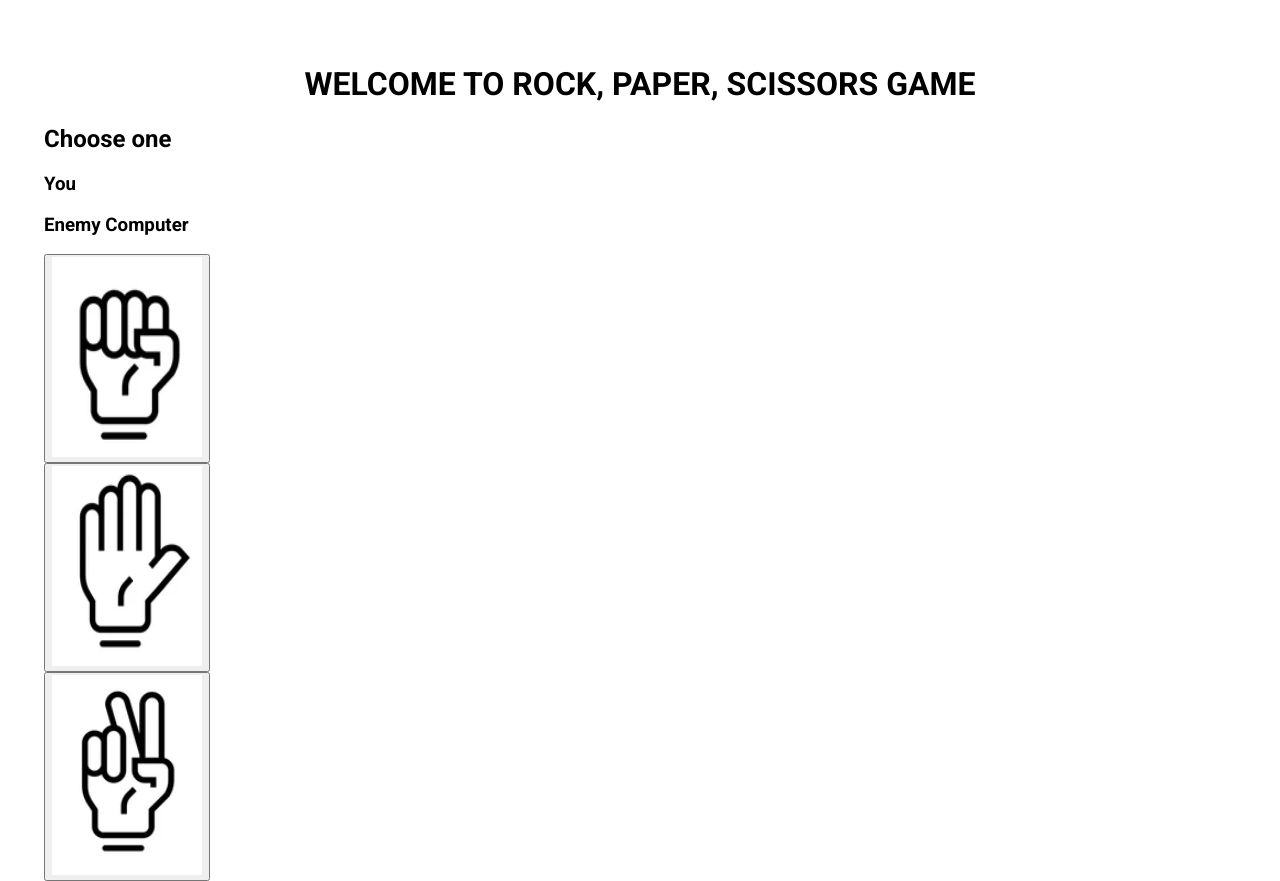
Repository: xhide341/rock_paper_scissor
Page: index.html
These files come from the project's save history. The page is drawn as it stood at one moment and after the next save; the edit follows.
The browser window is 1280 px wide. The pictures show the whole page.

Above is the page before, as saved 2024-06-21 19:08:55.

After the next save:
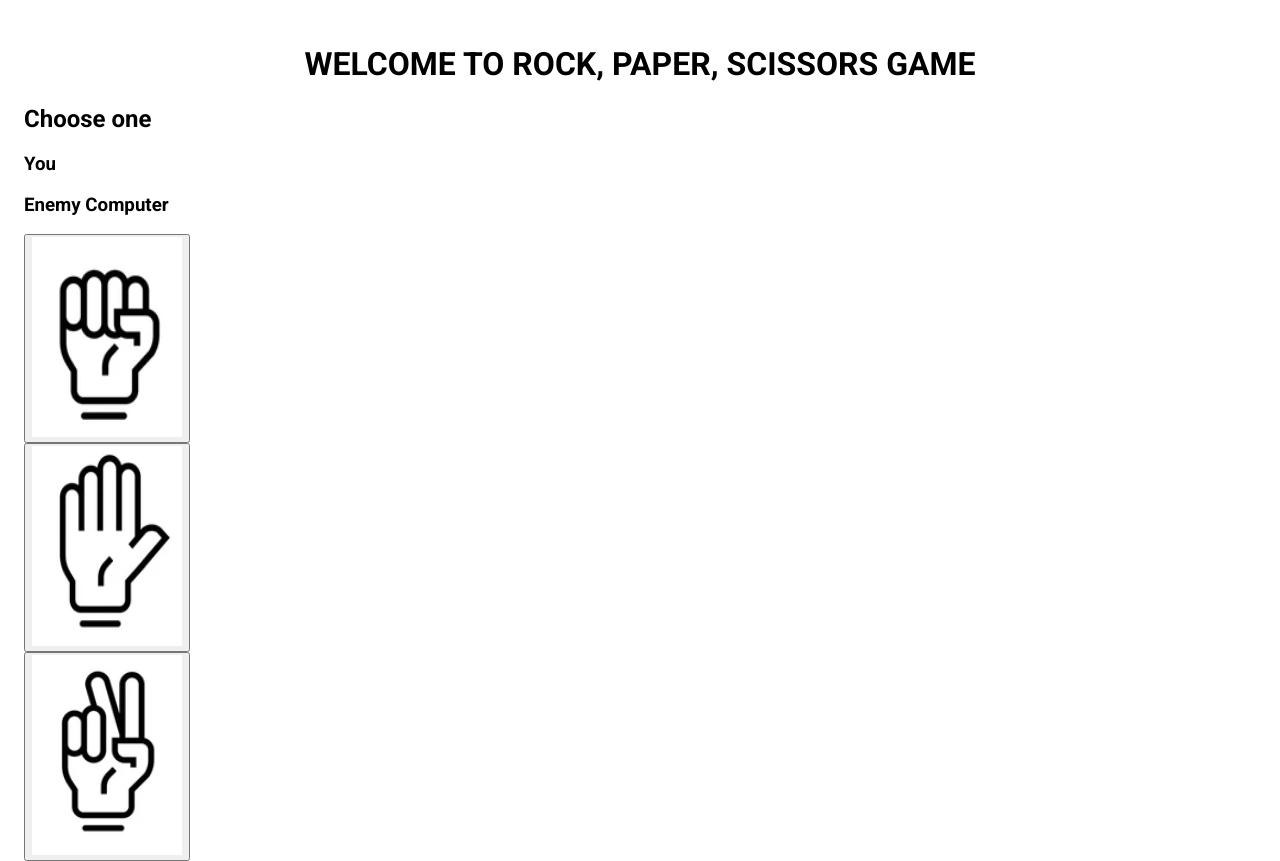
Saved 7 s later.
--- a/style.css
+++ b/style.css
@@ -3,7 +3,7 @@
     background: white;
     color: black;
     font-family: "Roboto", sans-serif;
-    padding: 36px;
+    padding: 16px;
 }
 
 .roboto-regular {
